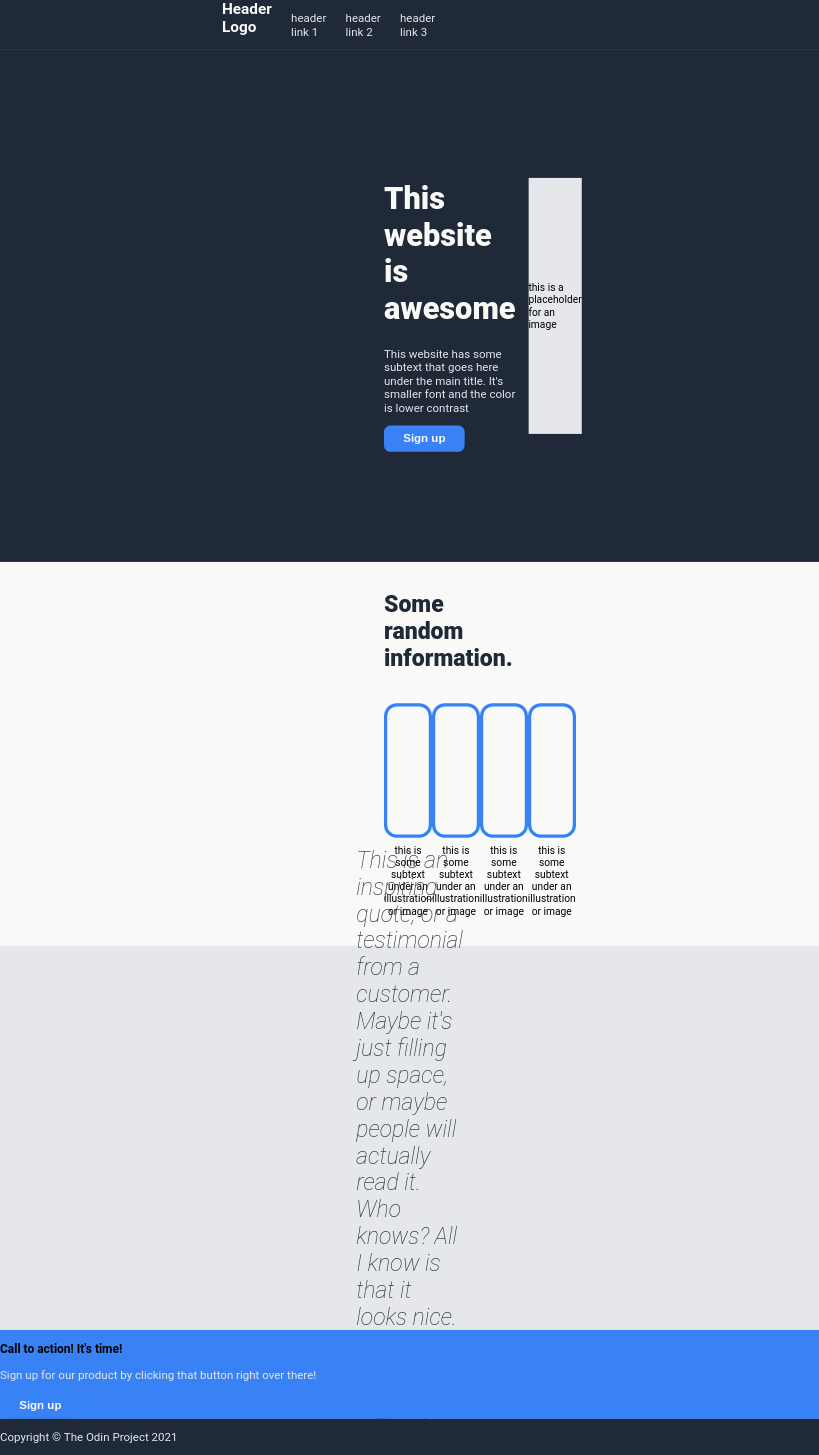
Repository: rsoetydev/landing-page
Page: index.html
An editor plug-in stored every save of this project. The page is shown before and after the next save, followed by the edit.
The browser window is 1280 px wide. The pictures show the whole page, at 64% of full size.

Above is the page before, as saved 2023-11-28 10:37:51.

### index.html
<!DOCTYPE html>
<html lang="en">
<head>
    <meta charset="UTF-8">
    <meta name="viewport" content="width=device-width, initial-scale=1.0">
    <title>Landing Page</title>
    <link rel="stylesheet" href="style.css">
</head>
<body>
    <div class="header">
        <h2 class="header-logo">Header Logo</h2>
        <p class="link-1">header link 1 </p>
        <p class="link-2">header link 2</p>
        <p class="link-3"> header link 3</p>
    </div>

    <div class="hero">
        <div class="hero-text">
            <h1 class="hero-title">This website is awesome</h1>
            <p class="hero-subtext">This website has some subtext that goes here under the main title. It's smaller font and the color is lower contrast</p>
            <button class="sign-up">Sign up</button>
        </div>
        <div class="hero-image-cont">
            this is a placeholder for an image
        </div>
    </div>

    <div class="info">
        <h2 class="info-title">Some random information.</h2>
        <div class="item-cont">
            <div class="item">
                <div class="item-pic"></div>
                <div class="item-text">this is some subtext under an illustration or image</div>
            </div>
            <div class="item">
                <div class="item-pic"></div>
                <div class="item-text">this is some subtext under an illustration or image</div>
            </div>
            <div class="item">
                <div class="item-pic"></div>
                <div class="item-text">this is some subtext under an illustration or image</div>
            </div>
            <div class="item">
                <div class="item-pic"></div>
                <div class="item-text">this is some subtext under an illustration or image</div>
            </div>
        </div>
    </div>

    <div class="quote">
        <p class="quote-text">
            This is an inspiring quote, or a testimonial from a customer. Maybe it's just filling up space, or maybe people will actually read it. Who knows? All I know is that it looks nice.
        </p>
        <p class="quote-author">-Thor, God of Thunder</p>
    </div>

    <div class="c2a">
        <div class="c2a-sub">
            <div class="c2a-text-container">
                <h3>Call to action! It's time!</h3>
                <p class="c2a-text">Sign up for our product by clicking that button right over there!</p>
            </div>
            <button class="c2a-sign-up">Sign up</button>
        </div>
    </div>

    <div class="footer">
        <p class="copyright">Copyright © The Odin Project 2021</p>
    </div>

</body>
</html>

### style.css


:root {
    --dark: #1F2937;
    --gray: #E5E7EB;
    --white: #F9FAF8;
    --blue: #3882F6;

    font-family: 'Roboto', arial;
}

body{
    background-color:var(--white);
    padding: 0;
    margin: 0;
    display: flex;
    flex-direction: column;
}

h1{
    font-size:48px;
    font-weight:900;
    color: var(--white);
}

p{
    color: var(--gray);
    font-size: 18px;
}

h2{
    color: var(--white);
    font-size: 24px;
    font: weight 600px;
    padding:0px;
    margin: 0px;
}

.info-title {
    font-size: 36px;
    color:var(--dark);
    font-weight: 900;
}

.quote-text {
    font-size: 36px;
    font-style: italic;
    font-weight: 200;
    color:var(--dark);
}

button{
    background-color: var(--blue);
    color:var(--white);
    font-size: 18px;
    font-weight: 600;
    padding: 10px 30px;
    border: none;
    border-radius: 10px;
}

.header{
    display:flex;
    background-color: var(--dark);
    justify-content: flex-end;
    gap:30px;
    padding: 0px 600px;
}

.header-logo{
    flex: 1;
}

.hero{
    display:flex;
    background-color: var(--dark);
    padding: 100px 600px;
    height: 600px;
    justify-content:space-between;
    align-items: center;
    gap: 20px;
}

.hero-image-cont{
    background-color:var(--gray);
    display:flex;
    justify-content: center;
    align-items: center;
    width: 800px;
    height: 400px;
}

.info-title{
    text-align: center;
    padding: 0 0 50px 0;
}

.info{
    display: flex;
    flex-direction: column;
    justify-content: center;
    height: 600px;
    padding: 0 600px;
}

.item-cont{
    display:flex;
    justify-content: space-evenly;
}

.item{
    display:flex;
    flex-direction: column;
    width: 200px;
    gap: 10px;
}

.item-pic{
    height:200px;
    flex-grow: 1;
    border-style: solid;
    border-color: var(--blue);
    border-radius: 20px;
    border-width: 5px;
}

.item-text{
    text-align: center;
}

.quote{
    background-color: var(--gray);
    height: 600px;
    display:flex;
    flex-direction: column;
    padding: 0px 600px;
    justify-content: center;
    align-items: center;

}

.quote-author{
    color:var(--dark);
    font-weight: 600;
    font-size: 28px;
}

.c2a{
    background-color: var(--blue);
}

.footer{
    background-color: var(--dark);
}

After the next save:
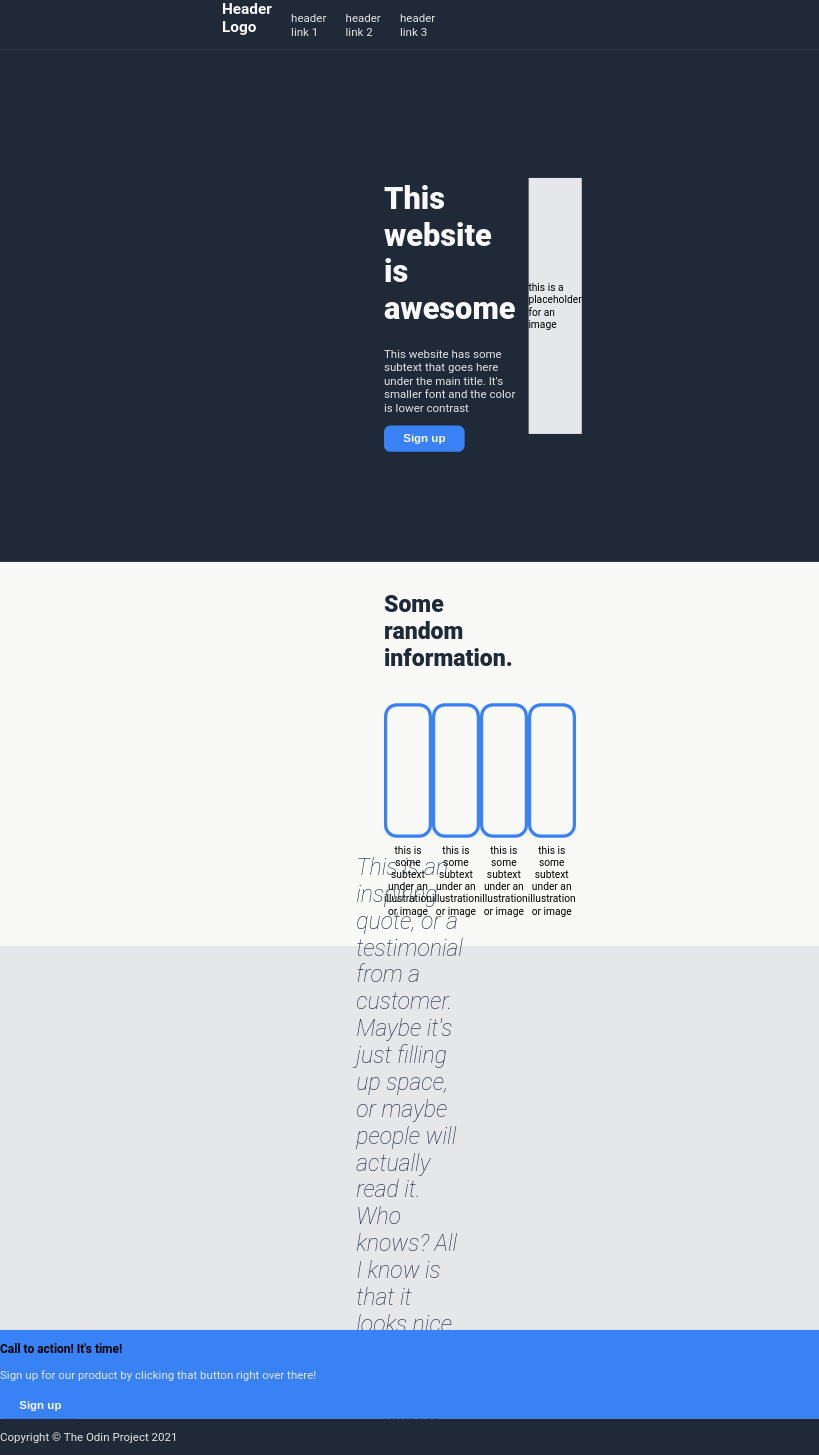
Saved 4 s later.
--- a/style.css
+++ b/style.css
@@ -142,7 +142,7 @@ button{
 .quote-author{
     color:var(--dark);
     font-weight: 600;
-    font-size: 28px;
+    font-size: 24px;
 }
 
 .c2a{
